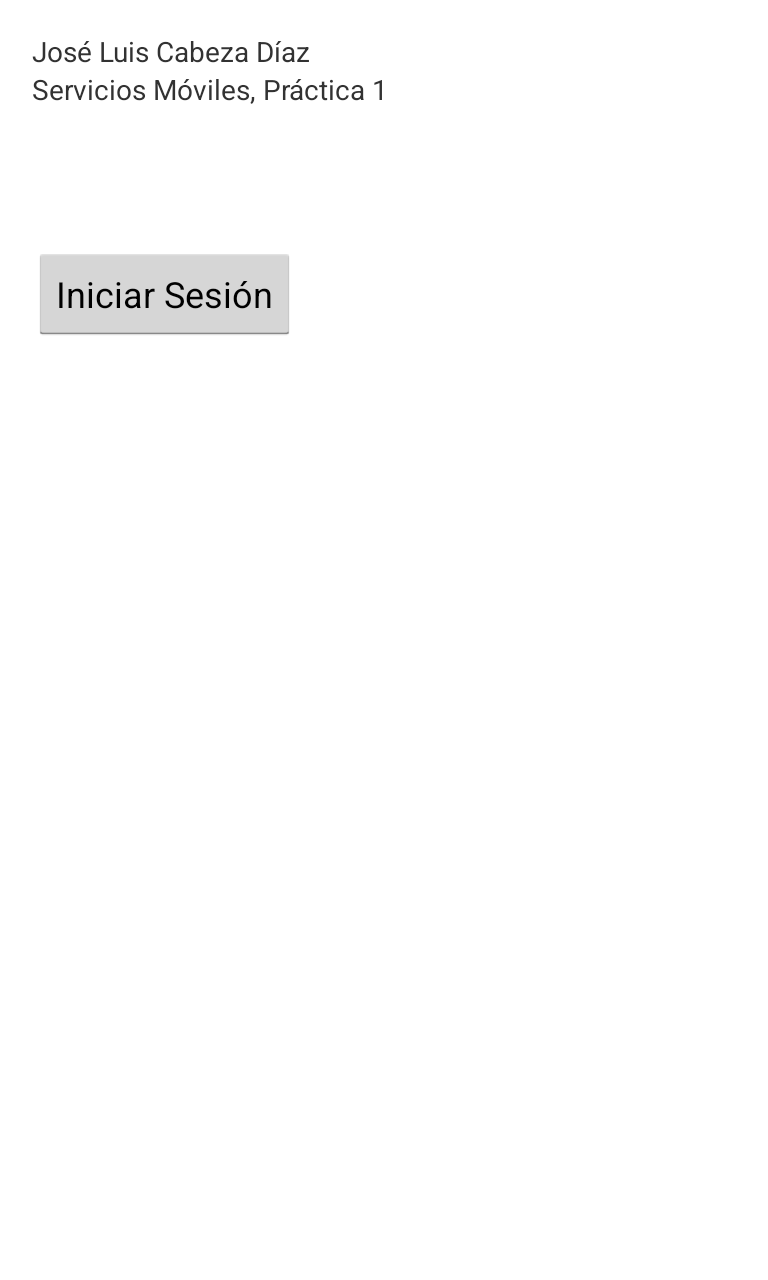
Repository: jlcd0004/sm_p11_practica1
Layout: Practica1/res/layout/activity_main.xml
The author's editor kept a copy of each file at every save. The layout is drawn from the files as they stood at one save, then again after the next save.
It is drawn on a 768 x 1280 px phone screen (xhdpi) without system bars, with theme AppTheme; the app's code is not run.

Above is the layout before, as saved 2015-10-02 15:59:23.

After the next save:
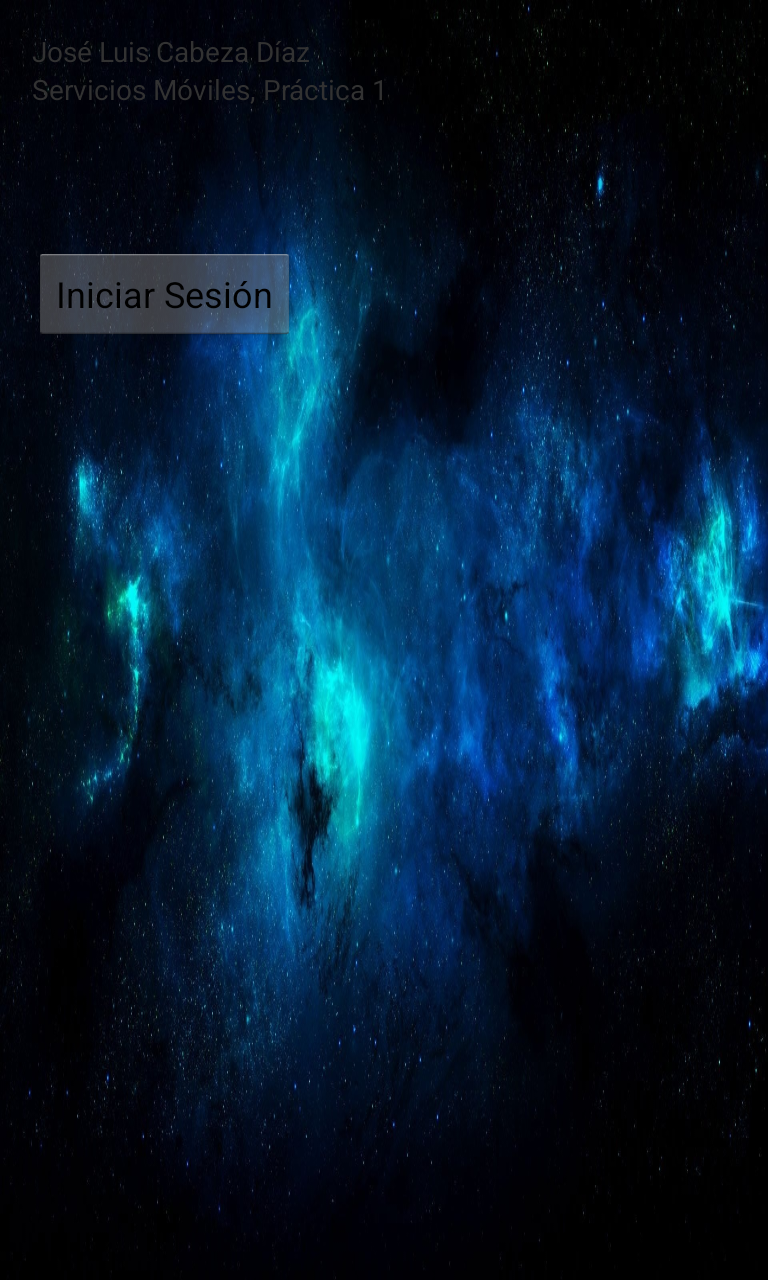
Saved 7 min 20 s later.
--- a/Practica1/res/layout/activity_main.xml
+++ b/Practica1/res/layout/activity_main.xml
@@ -2,6 +2,7 @@
     xmlns:tools="http://schemas.android.com/tools"
     android:layout_width="match_parent"
     android:layout_height="match_parent"
+    android:background="@drawable/fondo"
     android:paddingBottom="@dimen/activity_vertical_margin"
     android:paddingLeft="@dimen/activity_horizontal_margin"
     android:paddingRight="@dimen/activity_horizontal_margin"
